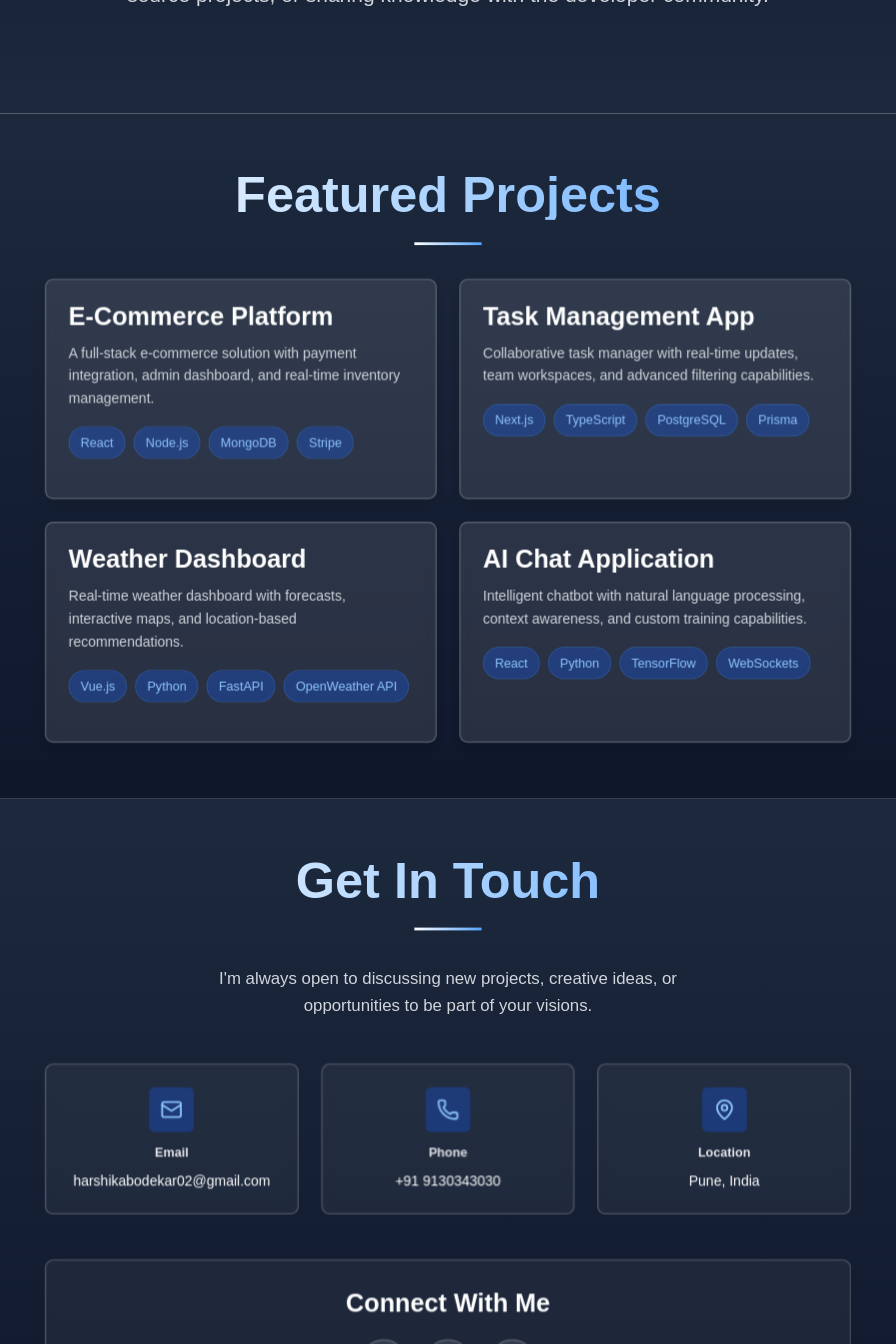
Repository: harshikabodekar/portfolio_awp
Page: /
An editor plug-in stored every save of this project. The page is shown before and after the next save, followed by the edit.
The browser window is 1280 px wide. The pictures show the part of the page from y = 1343 to 3263 px (the page is 3546 px tall before and 5196 px after), at 70% of full size.
The project was rebuilt for these pictures with package versions that can differ from the ones it lists, and the page was loaded fresh each time. The framework's server and built-in components were replaced by stand-ins that run in the browser. Also part of the build but not shown: next.config.mjs.

Above is the page before, as saved 2025-10-15 20:54:28.

After the next save:
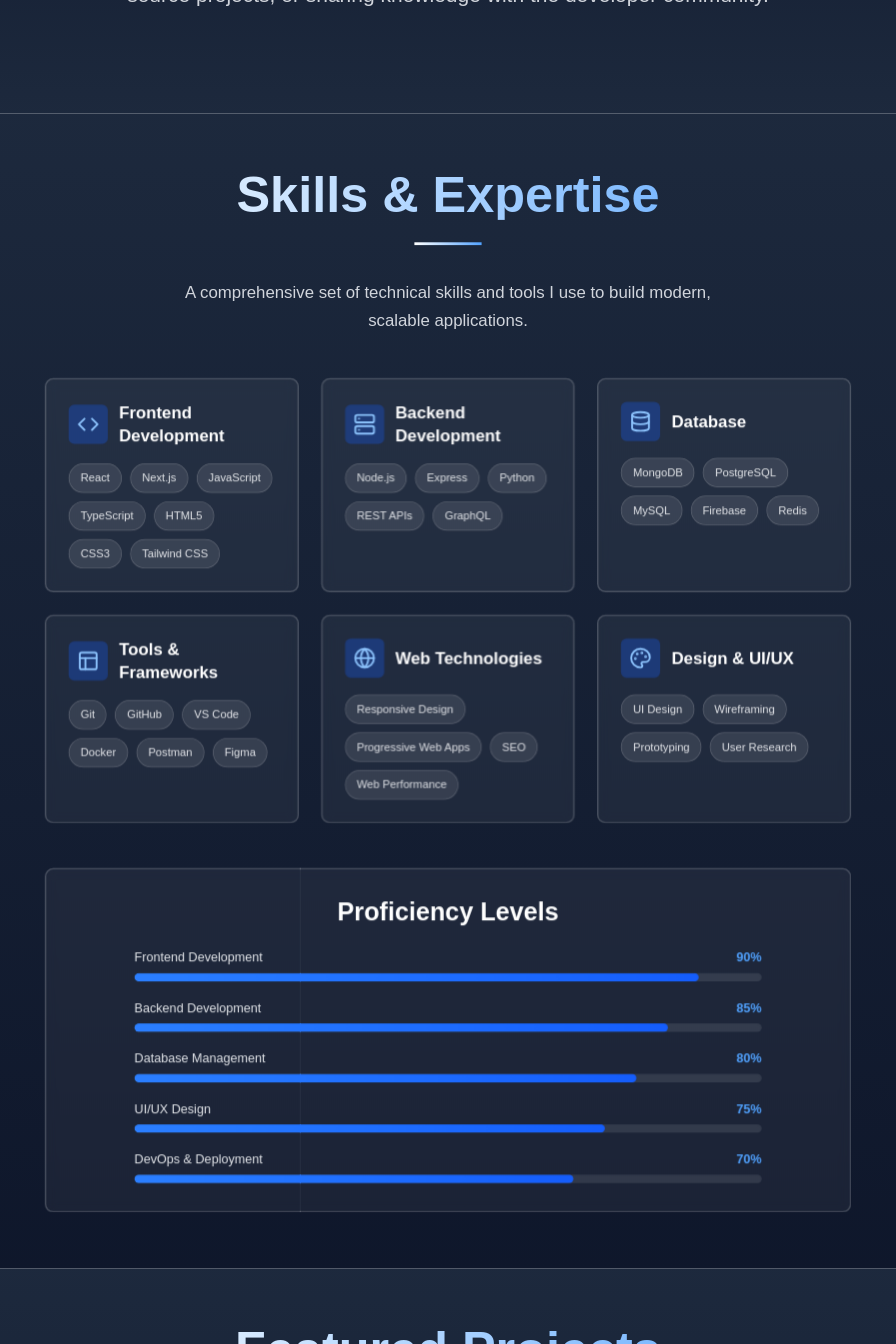
Saved 36 s later.
--- a/src/app/page.js
+++ b/src/app/page.js
@@ -5,7 +5,7 @@ import Projects from "./components/Project";
 import About from "./components/About";
 import Contact from "./components/Contact";
 import Hero from "./components/Hero";
-import ProjectCard from "./components/ProjectCard";
+import Skills from "./components/Skills";
 
 export default function Home() {
   return (
@@ -14,6 +14,7 @@ export default function Home() {
       <main className="w-full">
         <Hero />
         <About />
+        <Skills />
         <Projects />
         <Contact />
       </main>
